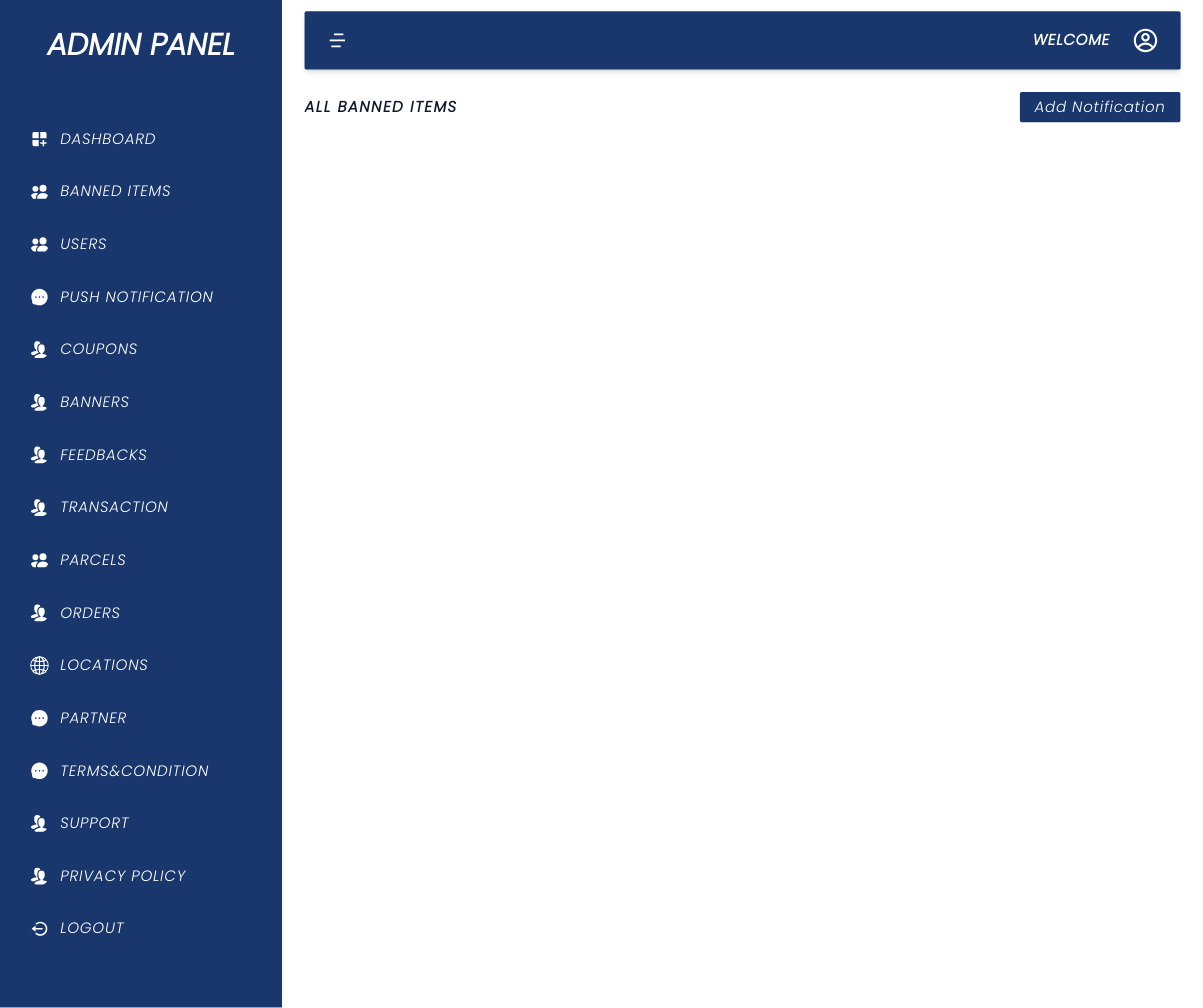
Repository: FlyweisReact/sarita
Page: /bannedItem
The author's editor kept a copy of each file at every save. The page is drawn from the files as they stood at one save, then again after a run of saves.
The browser window is 1280 px wide. The pictures show the whole page, at 94% of full size.
Some web libraries are served in a nearby version. The project was rebuilt for these pictures with package versions that can differ from the ones it lists, and the page was loaded fresh each time. Also part of the build but not shown: src/vendorPanel/forms/VendorLogin.jsx, src/vendorPanel/pages/AdminDiscount.js, src/vendorPanel/pages/AdminReview.js, src/vendorPanel/pages/Astrologers.js, src/vendorPanel/pages/Banners.js, src/vendorPanel/pages/Booking.js, src/vendorPanel/pages/Horoscope.js, src/vendorPanel/pages/Kundli.js and 9 more.

Above is the page before, as saved 2023-04-19 15:07:01.

After the next 5 saves:
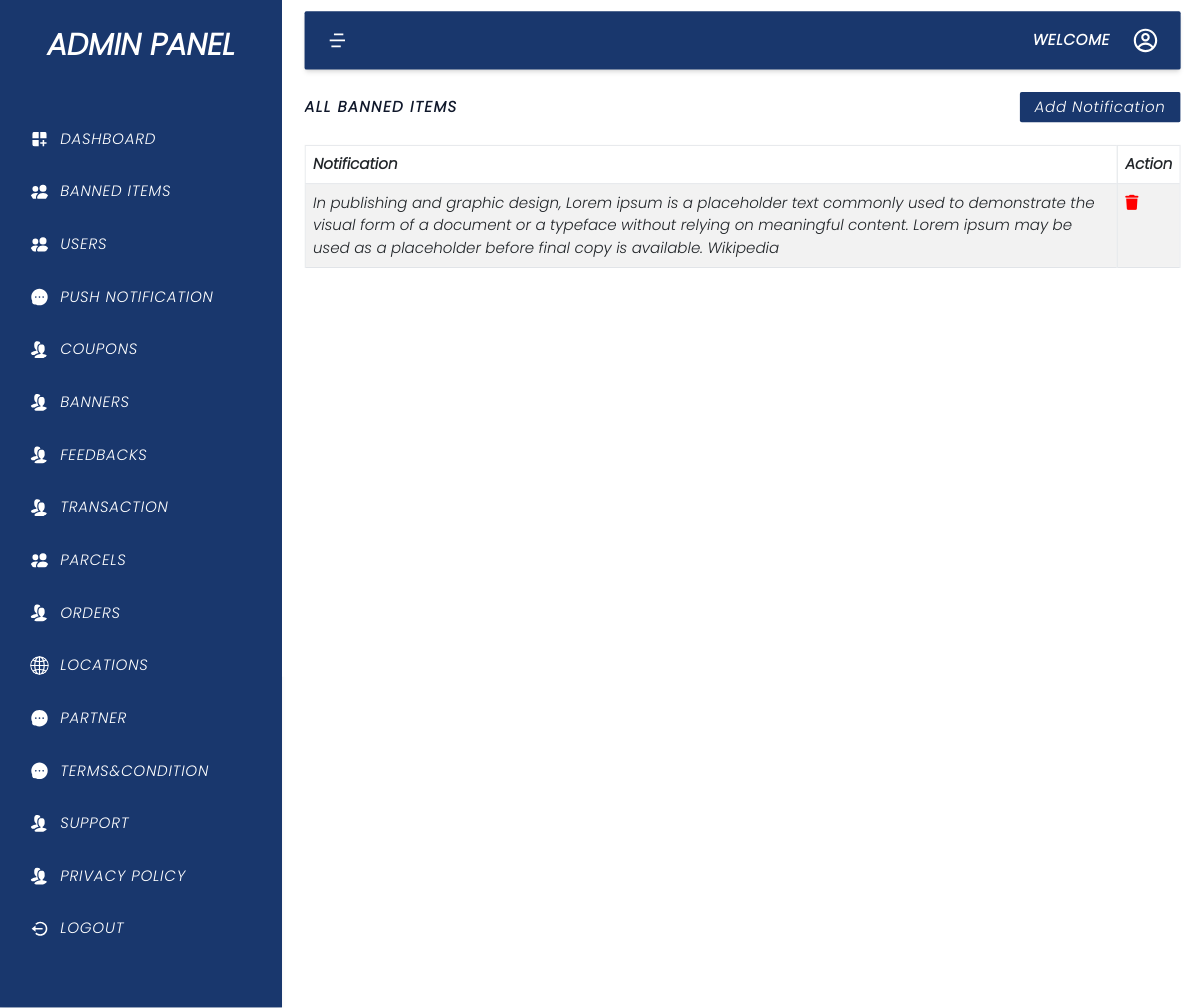
The 5 saves are shown as one change because 1 did not build or start and some came seconds apart.
The last was saved 35 s later.
--- a/src/vendorPanel/pages/BannedItems.js
+++ b/src/vendorPanel/pages/BannedItems.js
@@ -2,6 +2,7 @@
 
 import axios from "axios";
 import React, { useState } from "react";
+import { Table } from "react-bootstrap";
 import HOC from "../layout/HOC";
 
 const BannedItems = () => {
@@ -35,6 +36,30 @@
             Add Notification
           </button>
         </div>
+
+        <Table striped bordered hover>
+          <thead>
+            <tr>
+              <th>Notification</th>
+              <th>Action</th>
+            </tr>
+          </thead>
+          <tbody>
+            <tr>
+              <td>
+                In publishing and graphic design, Lorem ipsum is a placeholder
+                text commonly used to demonstrate the visual form of a document
+                or a typeface without relying on meaningful content. Lorem ipsum
+                may be used as a placeholder before final copy is available.
+                Wikipedia
+              </td>
+              <td>
+                <i className="fa-solid fa-trash" />
+              </td>
+            </tr>
+          </tbody>
+        </Table>
+
       </section>
     </>
   );

After the 6 saves that followed:
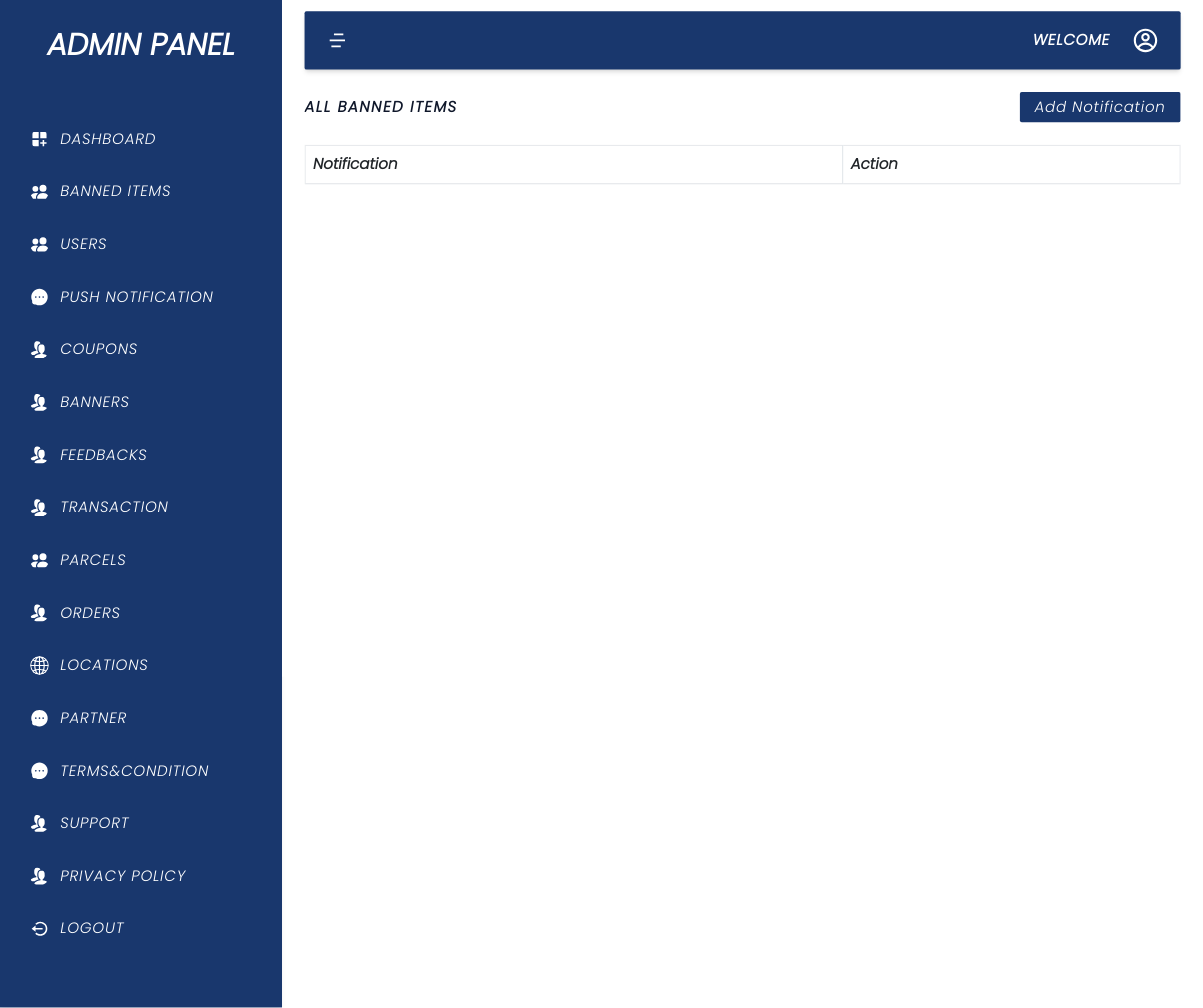
The 6 saves are shown as one change because 3 did not build or start and 1 left the picture as it was and some came seconds apart.
The last was saved 2 min 0 s later.
--- a/src/vendorPanel/pages/BannedItems.js
+++ b/src/vendorPanel/pages/BannedItems.js
@@ -45,18 +45,12 @@
             </tr>
           </thead>
           <tbody>
-            <tr>
-              <td>
-                In publishing and graphic design, Lorem ipsum is a placeholder
-                text commonly used to demonstrate the visual form of a document
-                or a typeface without relying on meaningful content. Lorem ipsum
-                may be used as a placeholder before final copy is available.
-                Wikipedia
-              </td>
-              <td>
-                <i className="fa-solid fa-trash" />
-              </td>
+          {data?.data?.map(( i ,index) => (
+            <tr key={index} >
+
             </tr>
+          ))}
+
           </tbody>
         </Table>
 
